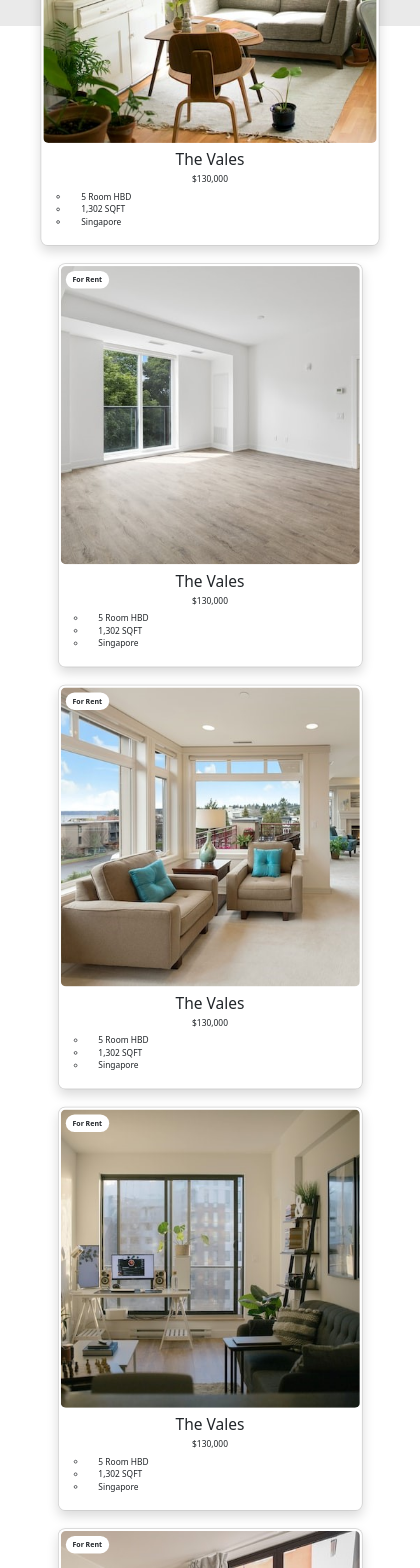
Repository: pyaestk/Future-residency
Page: properties.html
The author's editor kept a copy of each file at every save. The page is drawn from the files as they stood at one save, then again after the next save.
The browser window is 600 px wide. The pictures show the part of the page from y = 763 to 3003 px (the page is 10440 px tall before and 10512 px after), at 70% of full size.

Above is the page before, as saved 2022-12-15 18:02:46.

After the next save:
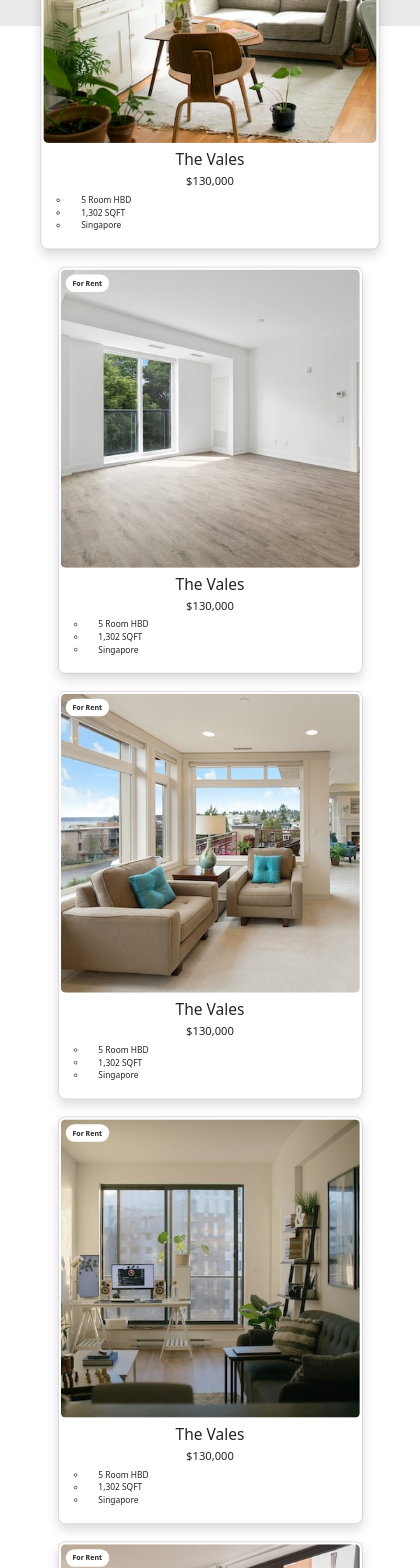
Saved 61 s later.
--- a/styleMobileview.css
+++ b/styleMobileview.css
@@ -129,7 +129,7 @@
   }
 
 
-  .salecard h6{
+  .salecard h5{
     font-size: 12px;
     padding-bottom: 0;
   }
